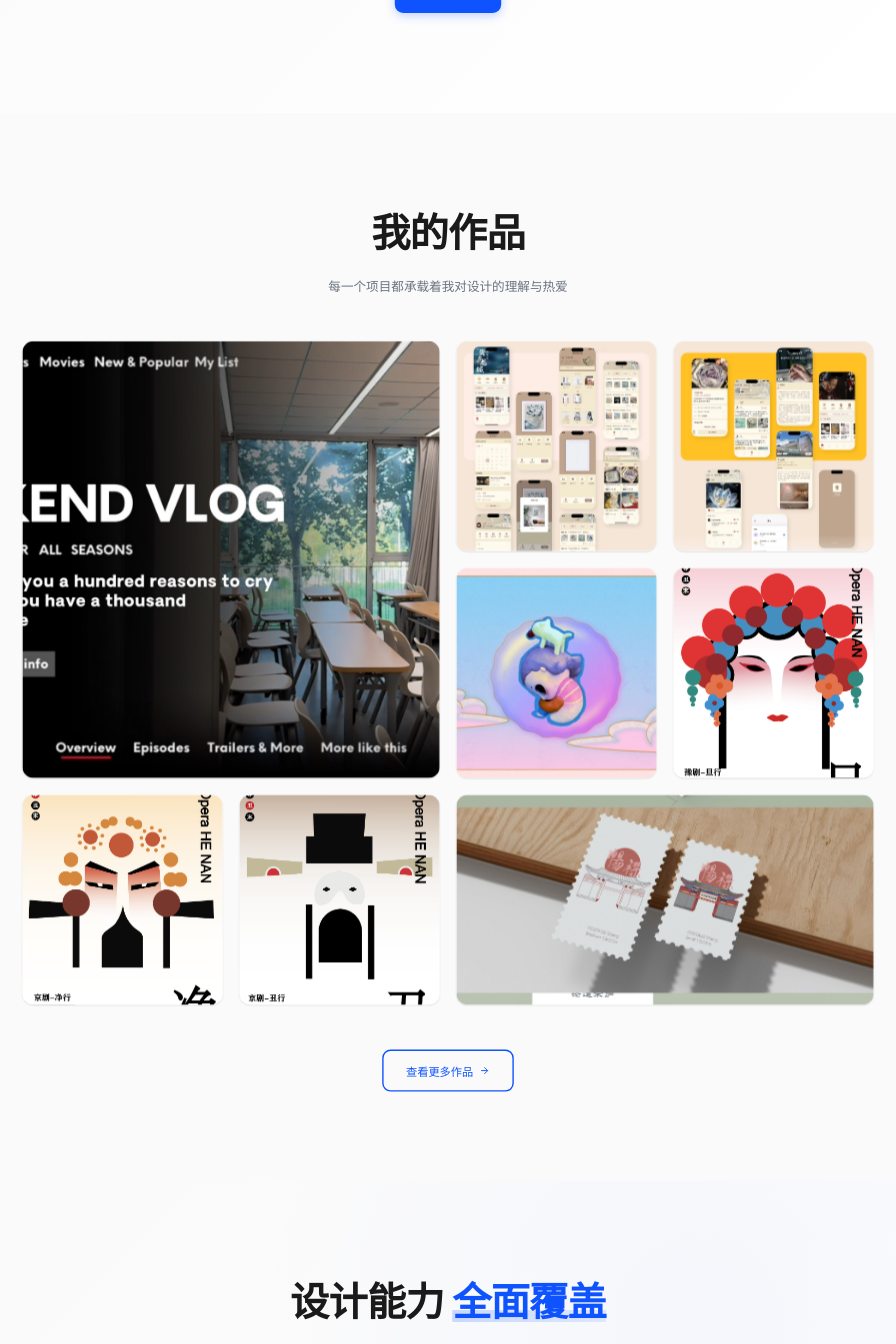
Repository: Nanzhexi/zhexi.github.io
Page: index.html
An editor plug-in stored every save of this project. The page is shown before and after the next save, followed by the edit.
The browser window is 1280 px wide. The pictures show the part of the page from y = 559 to 2479 px (the page is 3786 px tall), at 70% of full size.

Above is the page before, as saved 2025-07-03 04:05:31.

### index.html
<!DOCTYPE html>
<html lang="zh-CN">
<head>
    <meta charset="UTF-8">
    <meta name="viewport" content="width=device-width, initial-scale=1.0">
    <title>个人设计师作品集</title>
    <link rel="stylesheet" href="./css/index.css">
    <link rel="preconnect" href="https://fonts.googleapis.com">
    <link rel="preconnect" href="https://fonts.gstatic.com" crossorigin>
    <link href="https://fonts.googleapis.com/css2?family=Inter:wght@300;400;500;600;700&display=swap" rel="stylesheet">
</head>

<body>
    <nav class="navbar">
        <div class="nav-brand">个人设计网站</div>
        <div class="nav-links">
            <a href="index.html" class="nav-link active">首页</a>
            <a href="portfolio.html" class="nav-link">作品</a>
            <a href="about.html" class="nav-link">关于我们</a>
        </div>
    </nav>

    <main id="hero" class="hero">
        <div class="hero-content">
            <h1 class="hero-title">
                我是<span class="highlight">视觉设计师</span><br>
                创造有温度的设计
            </h1>
            <p class="hero-subtitle">
                专注品牌视觉、UI/UX设计与创意表达，用设计连接人与美好
            </p>
            <button class="cta-button" onclick="document.getElementById('portfolio').scrollIntoView({behavior: 'smooth'})">
                查看作品
                <svg width="16" height="16" viewBox="0 0 24 24" fill="none" stroke="currentColor" stroke-width="2">
                    <path d="M5 12h14M12 5l7 7-7 7"/>
                </svg>
            </button>
        </div>
    </main>

    <section id="portfolio" class="portfolio">
        <div class="portfolio-content">
            <h2 class="portfolio-title">我的作品</h2>
            <p class="portfolio-subtitle">每一个项目都承载着我对设计的理解与热爱</p>

            <div class="portfolio-grid">
                <div class="portfolio-item large">
                    <img src="./images/1.png" alt="设计作品1" loading="lazy">
                    <div class="portfolio-overlay">
                        <div class="portfolio-info">
                            <h3>品牌视觉设计</h3>
                            <p>创意海报设计</p>
                        </div>
                    </div>
                </div>


                <div class="portfolio-item">
                    <img src="./images/3.jpg" alt="设计作品3" loading="lazy">
                    <div class="portfolio-overlay">
                        <div class="portfolio-info">
                            <h3>陶瓷艺术</h3>
                            <p>传统工艺现代化</p>
                        </div>
                    </div>
                </div>

                <div class="portfolio-item">
                    <img src="./images/4.jpg" alt="设计作品4" loading="lazy">
                    <div class="portfolio-overlay">
                        <div class="portfolio-info">
                            <h3>品牌形象</h3>
                            <p>可爱IP设计</p>
                        </div>
                    </div>
                </div>

                <div class="portfolio-item">
                    <img src="./images/6.png" alt="设计作品5" loading="lazy">
                    <div class="portfolio-overlay">
                        <div class="portfolio-info">
                            <h3>空间设计</h3>
                            <p>商业空间规划</p>
                        </div>
                    </div>
                </div>

                <div class="portfolio-item">
                    <img src="./images/7.png" alt="设计作品6" loading="lazy">
                    <div class="portfolio-overlay">
                        <div class="portfolio-info">
                            <h3>餐饮品牌</h3>
                            <p>传统文化融合</p>
                        </div>
                    </div>
                </div>

                <div class="portfolio-item">
                    <img src="./images/8.png" alt="设计作品7" loading="lazy">
                    <div class="portfolio-overlay">
                        <div class="portfolio-info">
                            <h3>数字艺术</h3>
                            <p>创新视觉表达</p>
                        </div>
                    </div>
                </div>

                <div class="portfolio-item">
                    <img src="./images/9.png" alt="设计作品8" loading="lazy">
                    <div class="portfolio-overlay">
                        <div class="portfolio-info">
                            <h3>插画设计</h3>
                            <p>艺术与商业结合</p>
                        </div>
                    </div>
                </div>

                <div class="portfolio-item">
                    <img src="./images/10.jpg" alt="设计作品9" loading="lazy">
                    <div class="portfolio-overlay">
                        <div class="portfolio-info">
                            <h3>视觉识别</h3>
                            <p>品牌形象系统</p>
                        </div>
                    </div>
                </div>
            </div>

            <button class="portfolio-button">
                查看更多作品
                <svg width="16" height="16" viewBox="0 0 24 24" fill="none" stroke="currentColor" stroke-width="2">
                    <path d="M5 12h14M12 5l7 7-7 7"/>
                </svg>
            </button>
        </div>
    </section>

    <!-- Services Section -->
    <section id="services" class="services">
        <div class="services-content">
            <div class="services-header">
                <h2 class="services-title">设计能力 <span class="highlight">全面覆盖</span></h2>
                <p class="services-subtitle">从概念到落地，我能为您提供完整的设计解决方案</p>
            </div>

            <div class="services-grid">
                <div class="service-card">
                    <div class="service-icon">
                        <svg width="48" height="48" viewBox="0 0 24 24" fill="none" stroke="currentColor" stroke-width="1.5">
                            <path d="M12 2l3.09 6.26L22 9.27l-5 4.87 1.18 6.88L12 17.77l-6.18 3.25L7 14.14 2 9.27l6.91-1.01L12 2z"/>
                        </svg>
                    </div>
                    <h3 class="service-title">品牌设计</h3>
                    <p class="service-description">从LOGO到VI系统，为品牌注入独特的视觉DNA，让每个细节都传达品牌价值</p>
                </div>

                <div class="service-card">
                    <div class="service-icon">
                        <svg width="48" height="48" viewBox="0 0 24 24" fill="none" stroke="currentColor" stroke-width="1.5">
                            <rect x="2" y="3" width="20" height="14" rx="2" ry="2"/>
                            <line x1="8" y1="21" x2="16" y2="21"/>
                            <line x1="12" y1="17" x2="12" y2="21"/>
                        </svg>
                    </div>
                    <h3 class="service-title">UI/UX设计</h3>
                    <p class="service-description">专注用户体验，创造直观易用的界面设计，让每次交互都成为愉悦的体验</p>
                </div>

                <div class="service-card">
                    <div class="service-icon">
                        <svg width="48" height="48" viewBox="0 0 24 24" fill="none" stroke="currentColor" stroke-width="1.5">
                            <rect x="3" y="3" width="18" height="18" rx="2" ry="2"/>
                            <circle cx="9" cy="9" r="2"/>
                            <path d="M21 15l-3.086-3.086a2 2 0 0 0-2.828 0L6 21"/>
                        </svg>
                    </div>
                    <h3 class="service-title">视觉设计</h3>
                    <p class="service-description">海报、包装、插画等多元化视觉创作，用设计语言讲述动人的故事</p>
                </div>

                <div class="service-card">
                    <div class="service-icon">
                        <svg width="48" height="48" viewBox="0 0 24 24" fill="none" stroke="currentColor" stroke-width="1.5">
                            <path d="M21 16V8a2 2 0 0 0-1-1.73l-7-4a2 2 0 0 0-2 0l-7 4A2 2 0 0 0 3 8v8a2 2 0 0 0 1 1.73l7 4a2 2 0 0 0 2 0l7-4A2 2 0 0 0 21 16z"/>
                            <polyline points="3.27,6.96 12,12.01 20.73,6.96"/>
                            <line x1="12" y1="22.08" x2="12" y2="12"/>
                        </svg>
                    </div>
                    <h3 class="service-title">创意策划</h3>
                    <p class="service-description">从概念构思到创意执行，提供完整的设计思路和解决方案</p>
                </div>
            </div>
        </div>
    </section>



    <!-- Footer -->
    <footer class="footer">
        <div class="footer-content">
            <div class="footer-left">
                <div class="footer-brand">个人设计网站</div>
                <p>用心设计，用爱创造，让每个作品都有温度</p>
            </div>

            <div class="footer-links">
                <div class="footer-column">
                    <h4>导航</h4>
                    <a href="index.html">首页</a>
                    <a href="portfolio.html">作品</a>
                    <a href="about.html">关于我们</a>
                </div>

                <div class="footer-column">
                    <h4>服务</h4>
                    <a href="#">品牌设计</a>
                    <a href="#">UI/UX设计</a>
                    <a href="#">视觉设计</a>
                    <a href="#">创意策划</a>
                </div>

                <div class="footer-column">
                    <h4>联系</h4>
                    <a href="#">hello@mydesign.com</a>
                    <a href="#">+86 138 0013 8000</a>
                    <a href="#">北京市朝阳区设计园区</a>
                </div>
            </div>
        </div>

        <div class="footer-bottom">
            <p>&copy; 2024 个人设计师作品集. 保留所有权利</p>
            <div class="social-links">
                <a href="#" aria-label="微信">
                    <svg width="20" height="20" viewBox="0 0 24 24" fill="currentColor">
                        <path d="M8.5 12.5c0 .8-.7 1.5-1.5 1.5s-1.5-.7-1.5-1.5.7-1.5 1.5-1.5 1.5.7 1.5 1.5zm7-1.5c-.8 0-1.5.7-1.5 1.5s.7 1.5 1.5 1.5 1.5-.7 1.5-1.5-.7-1.5-1.5-1.5z"/>
                    </svg>
                </a>
                <a href="#" aria-label="微博">
                    <svg width="20" height="20" viewBox="0 0 24 24" fill="currentColor">
                        <path d="M12 2C6.48 2 2 6.48 2 12s4.48 10 10 10 10-4.48 10-10S17.52 2 12 2z"/>
                    </svg>
                </a>
                <a href="#" aria-label="邮箱">
                    <svg width="20" height="20" viewBox="0 0 24 24" fill="currentColor">
                        <path d="M20 4H4c-1.1 0-1.99.9-1.99 2L2 18c0 1.1.9 2 2 2h16c1.1 0 2-.9 2-2V6c0-1.1-.9-2-2-2zm0 4l-8 5-8-5V6l8 5 8-5v2z"/>
                    </svg>
                </a>
            </div>
        </div>
    </footer>

    <script>
        // 平滑滚动导航（仅针对页面内锚点）
        document.querySelectorAll('a[href^="#"]').forEach(anchor => {
            anchor.addEventListener('click', function (e) {
                e.preventDefault();
                const target = document.querySelector(this.getAttribute('href'));
                if (target) {
                    target.scrollIntoView({
                        behavior: 'smooth',
                        block: 'start'
                    });
                }
            });
        });

        // 导航栏滚动效果和活动状态
        window.addEventListener('scroll', () => {
            const navbar = document.querySelector('.navbar');
            const sections = document.querySelectorAll('section, main');
            const navLinks = document.querySelectorAll('.nav-link');

            // 导航栏背景效果
            if (window.scrollY > 50) {
                navbar.classList.add('scrolled');
            } else {
                navbar.classList.remove('scrolled');
            }

            // 活动状态
            let current = '';
            sections.forEach(section => {
                const sectionTop = section.offsetTop;
                const sectionHeight = section.clientHeight;
                if (scrollY >= (sectionTop - 200)) {
                    current = section.getAttribute('id');
                }
            });

            navLinks.forEach(link => {
                link.classList.remove('active');
                if (link.getAttribute('href') === `#${current}`) {
                    link.classList.add('active');
                }
            });
        });


    </script>
</body>
</html>

Loaded but not shown: css/index.css (945 lines, source omitted)

After the next save:
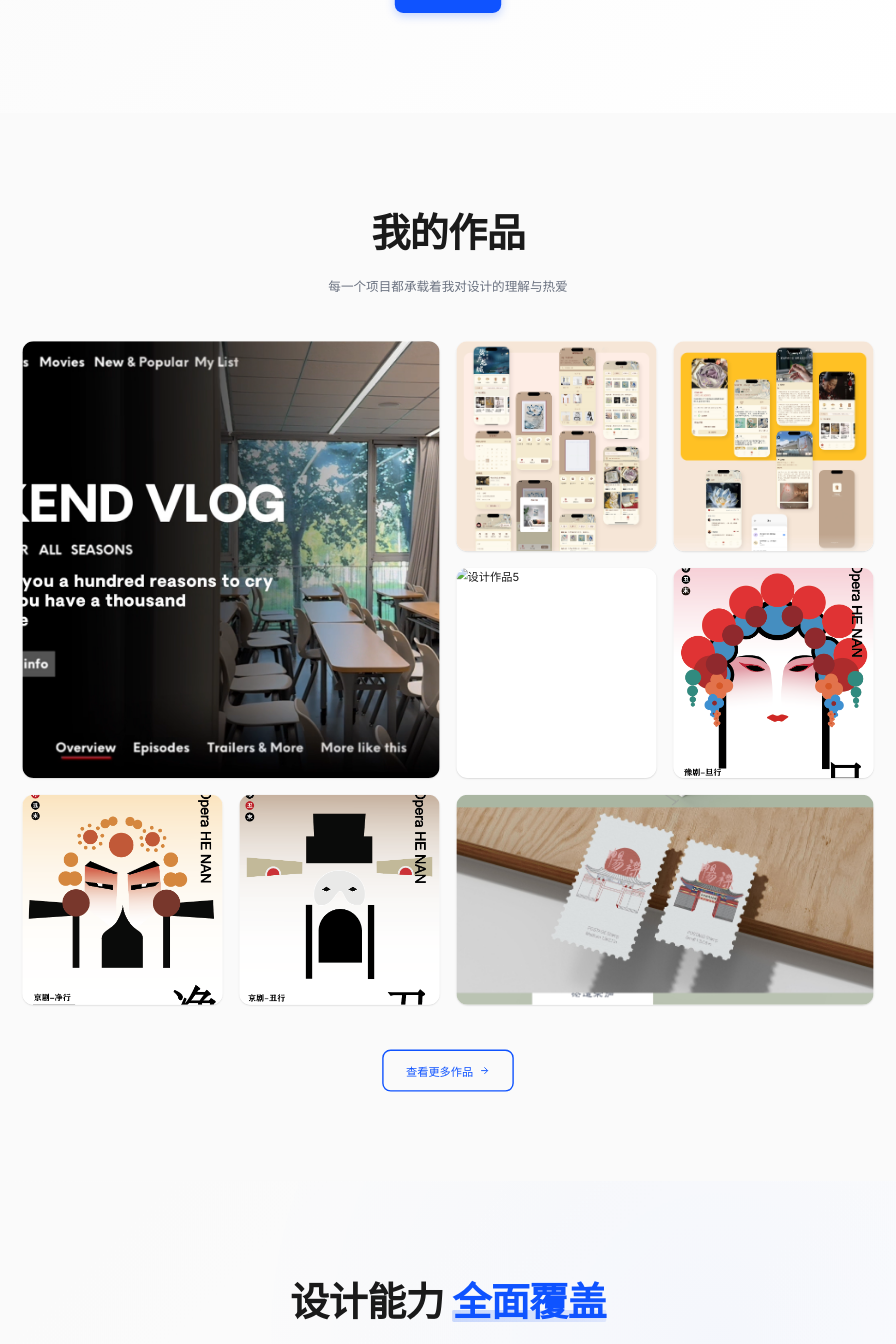
Not found: images/2.png
Saved 60 s later.
--- a/index.html
+++ b/index.html
@@ -76,7 +76,7 @@
                 </div>
 
                 <div class="portfolio-item">
-                    <img src="./images/6.png" alt="设计作品5" loading="lazy">
+                    <img src="./images/2.png" alt="设计作品5" loading="lazy">
                     <div class="portfolio-overlay">
                         <div class="portfolio-info">
                             <h3>空间设计</h3>

After the 2 saves that followed:
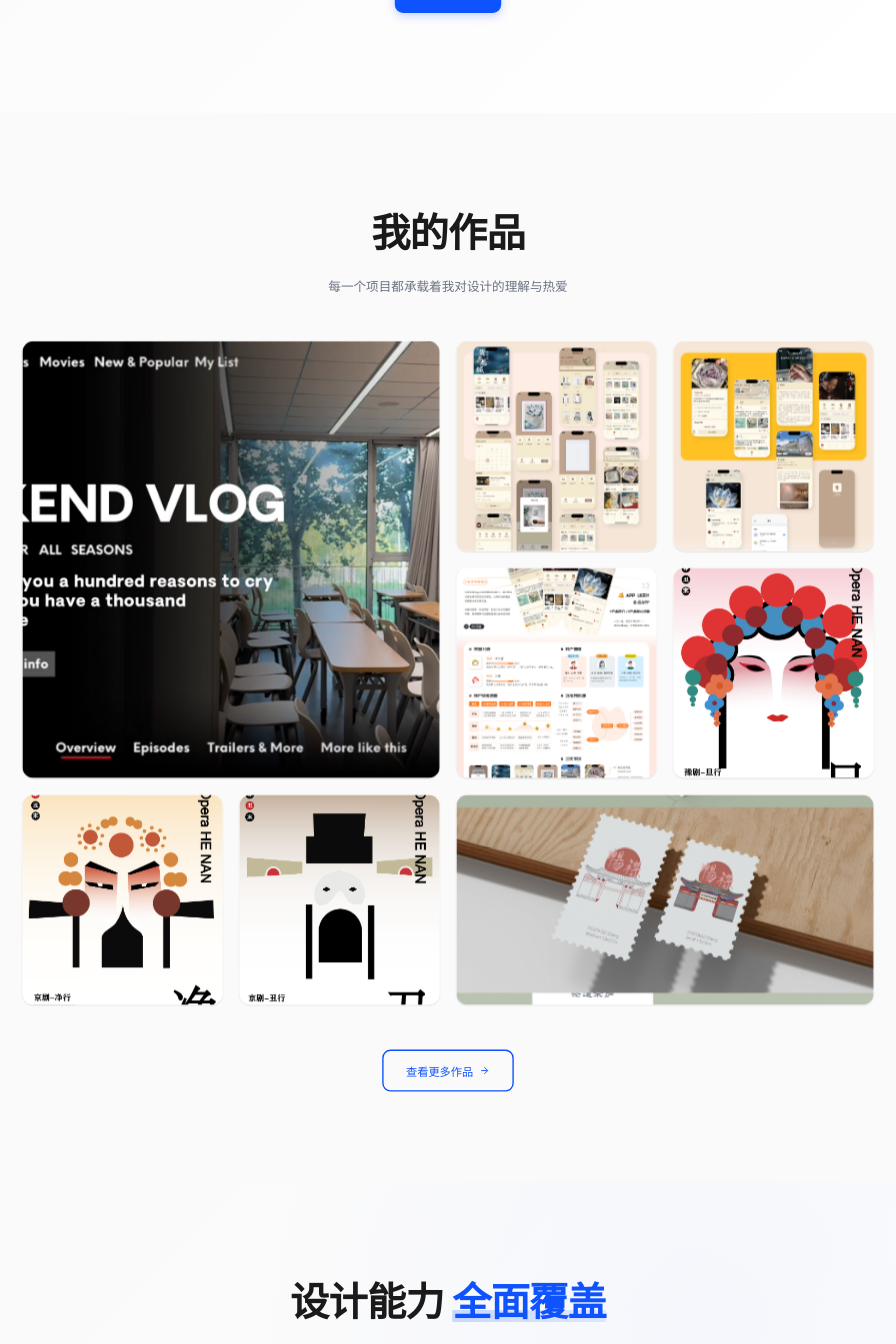
The 2 saves are shown as one change because 1 left the picture as it was.
The last was saved 32 s later.
--- a/index.html
+++ b/index.html
@@ -76,7 +76,7 @@
                 </div>
 
                 <div class="portfolio-item">
-                    <img src="./images/2.png" alt="设计作品5" loading="lazy">
+                    <img src="./images/2.jpg" alt="设计作品5" loading="lazy">
                     <div class="portfolio-overlay">
                         <div class="portfolio-info">
                             <h3>空间设计</h3>
